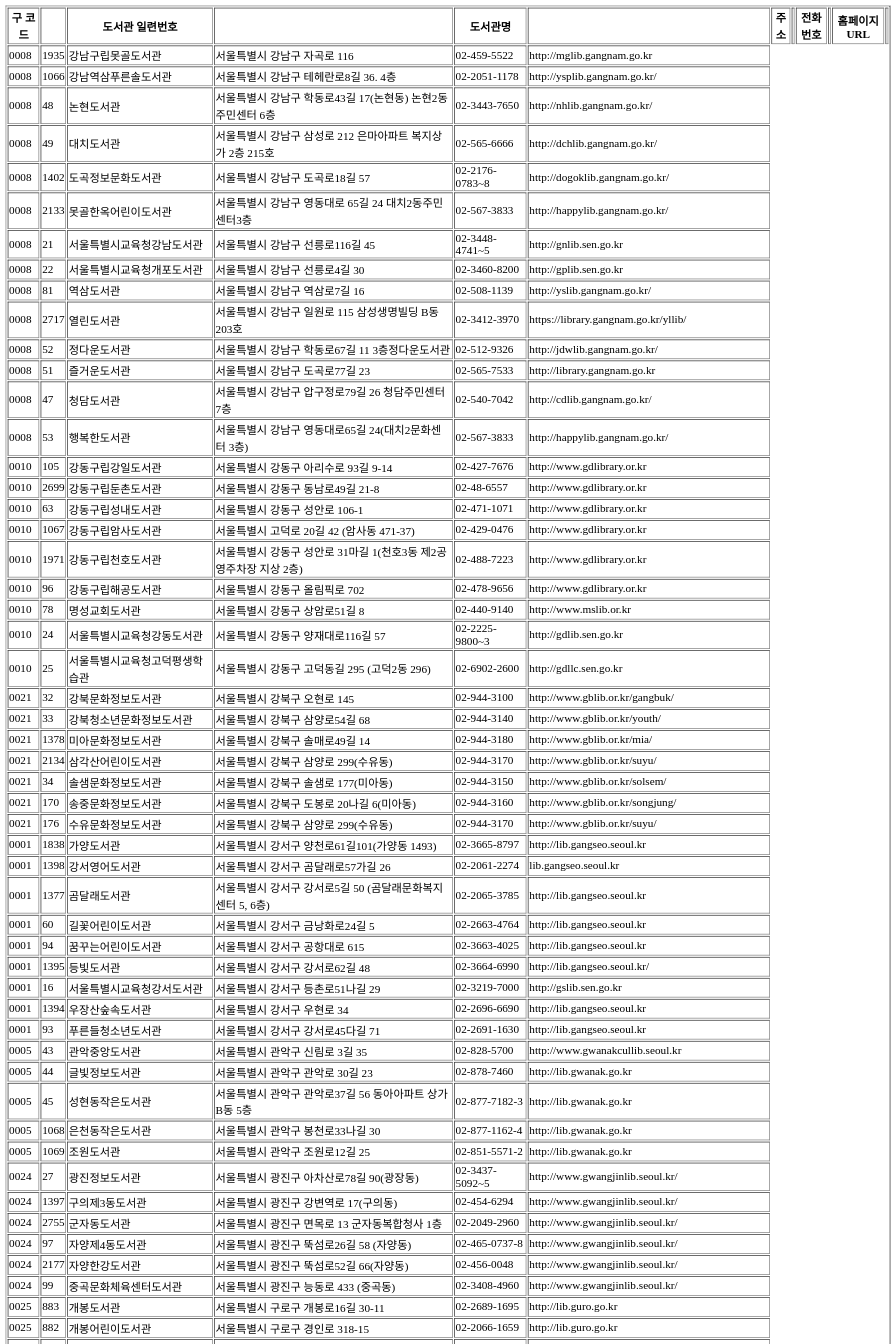
Repository: ylyy42/ApiTest
Page: http://localhost/ApiTest/liblist.jsp
These files come from the project's save history. The page is drawn as it stood at one moment and after the next save; the edit follows.
The browser window is 1280 px wide. The pictures show the part of the page from y = 0 to 1920 px (the page is 6824 px tall before and 6849 px after), at 70% of full size.
The page is served by Tomcat 9.

Above is the page before, as saved 2022-09-08 06:59:52.

After the next save:
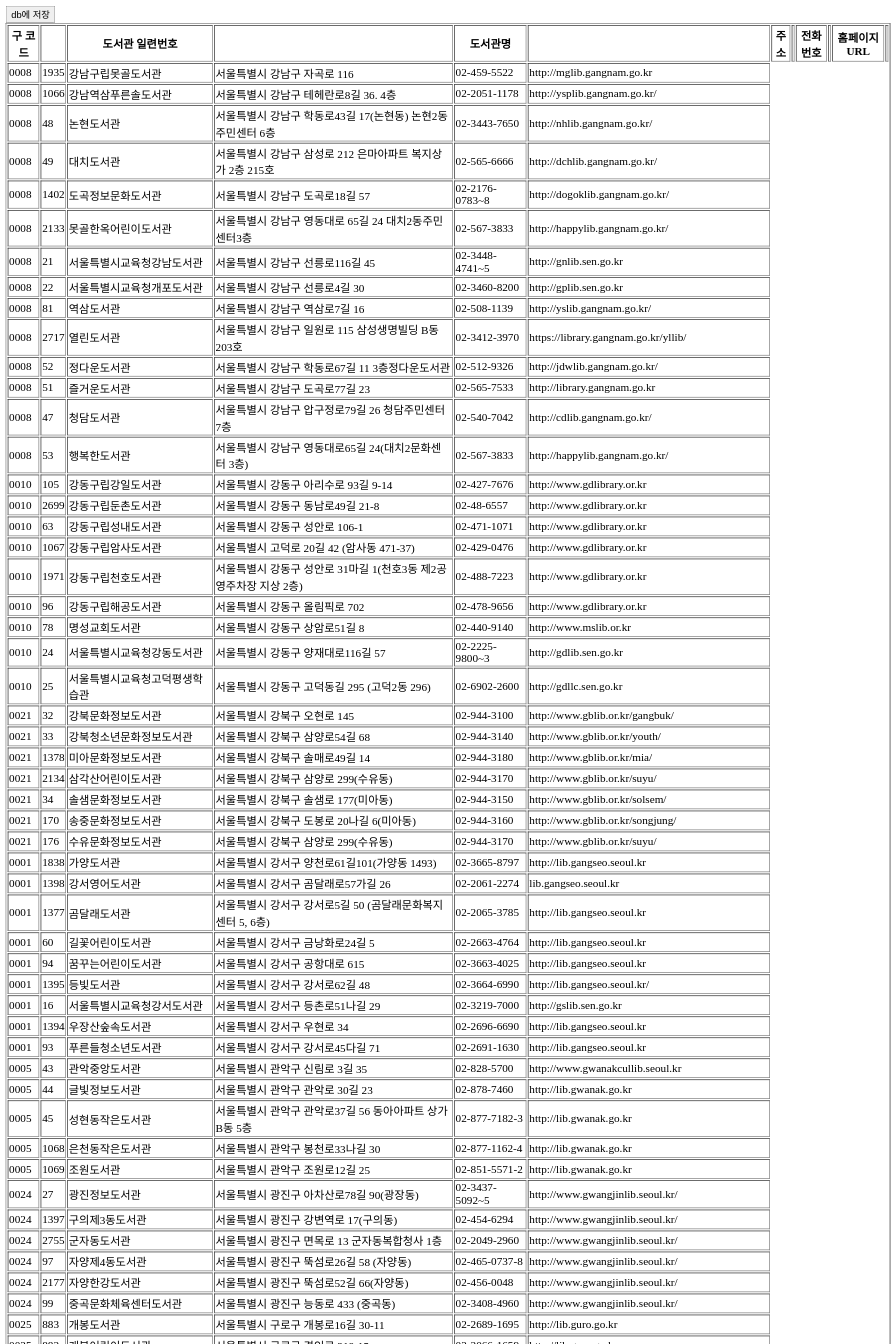
Saved 98 s later.
--- a/ApiTest/src/main/webapp/liblist.jsp
+++ b/ApiTest/src/main/webapp/liblist.jsp
@@ -15,9 +15,13 @@ response.setContentType("text/html; charset=UTF-8");
 <script type="text/javascript" src="js/lib01.js"></script>
 </head>
 <body>
-	<table>
-		<thead></thead>
-		<tbody></tbody>
-	</table>
+	<form action="lib.do" method="post">
+		<input type="submit" value="db에 저장">
+		<input type="hidden" name="command" value="listdb">
+		<table>
+			<thead></thead>
+			<tbody></tbody>
+		</table>
+	</form>
 </body>
 </html>
